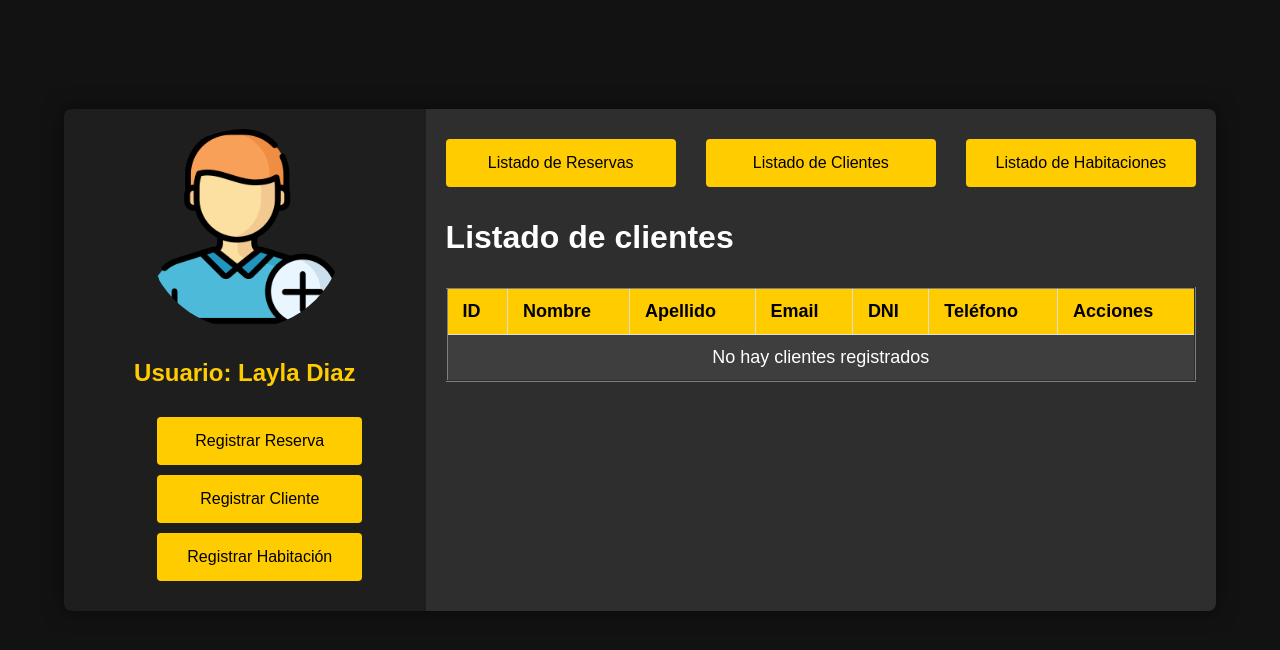
Repository: kevinqg0/Proyecto-Final-Gestion-Hotelera
Page: http://localhost/ProyectoGestionHotelera/ListadoClientes.jsp
The author's editor kept a copy of each file at every save. The page is drawn from the files as they stood at one save, then again after the next save.
The browser window is 1280 px wide. The pictures show the whole page.
The page is served by Tomcat 9. The template is opened directly, without the code that normally fills it, so the values that code supplies are empty.

Above is the page before, as saved 2024-10-23 04:30:18.

After the next save:
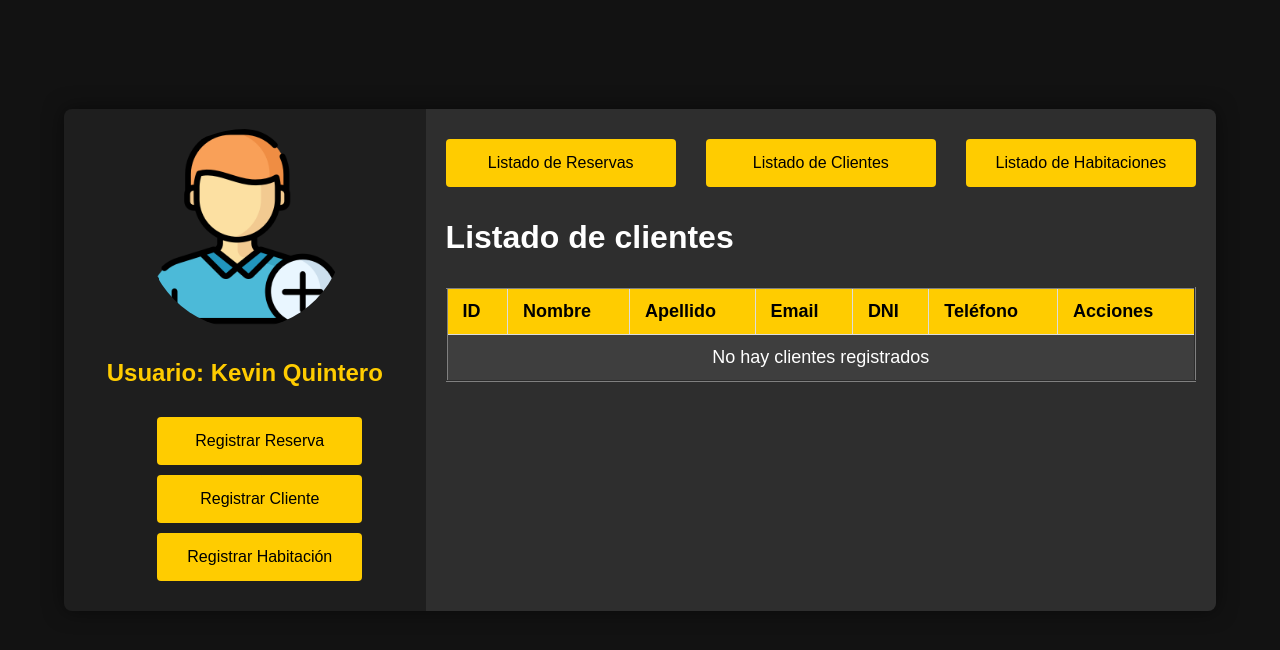
Saved 64 s later.
--- a/ProyectoGestionHotelera/src/main/webapp/ListadoClientes.jsp
+++ b/ProyectoGestionHotelera/src/main/webapp/ListadoClientes.jsp
@@ -157,7 +157,7 @@ td {
 		<div class="izqUsuario">
 			<div class="imgUsu-nameUsu">
 				<img src="images/usuario.1.png" alt="Usuario" width="200px">
-				<h2>Usuario: Layla Diaz</h2>
+				<h2>Usuario: Kevin Quintero</h2>
 			</div>
 			<div class="actionsUsu">
 				<a href="RegistroReserva.jsp">Registrar Reserva</a>
